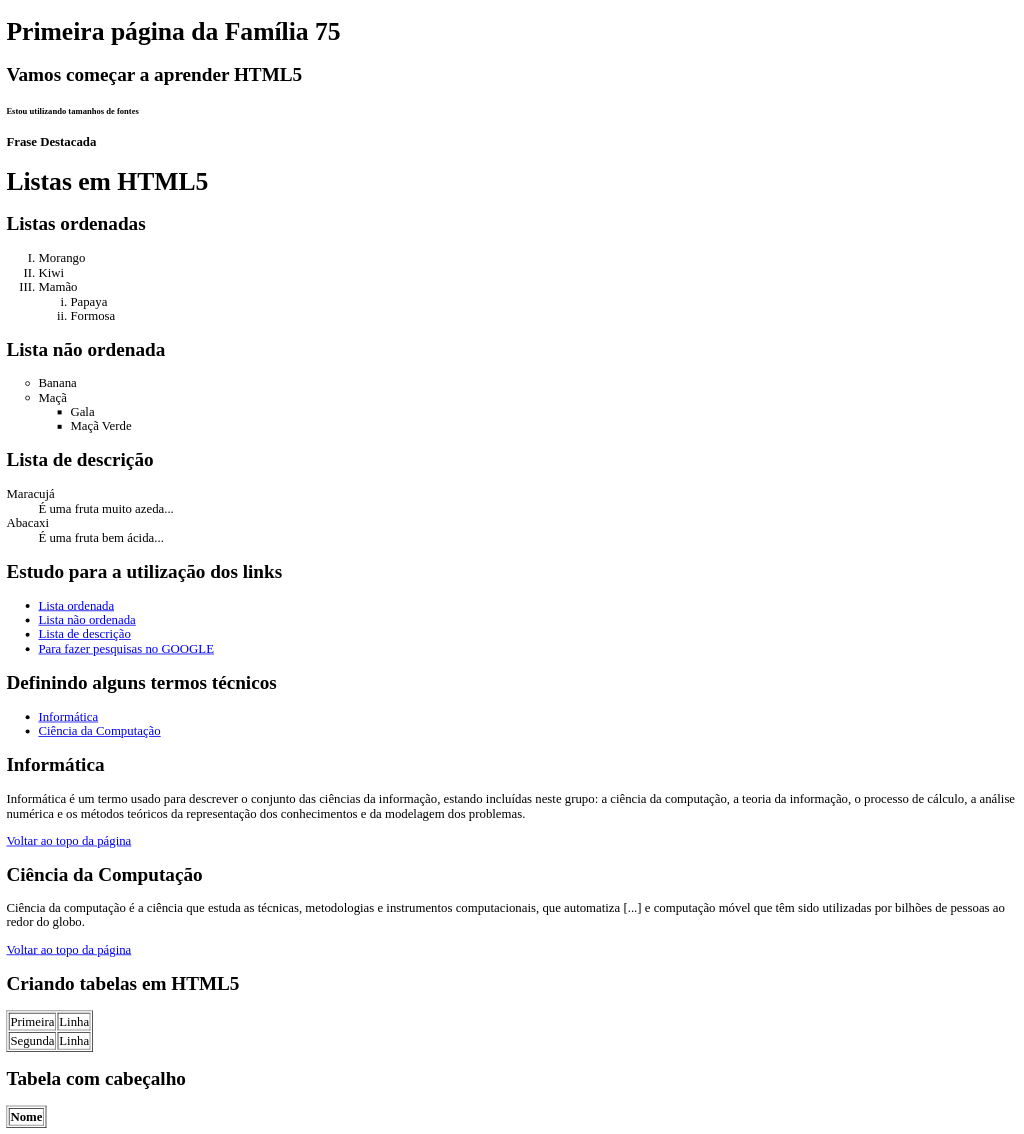
Repository: Thichi99/BootcampGen75
Page: Familia75/index.html
The author's editor kept a copy of each file at every save. The page is drawn from the files as they stood at one save, then again after a run of saves.
The browser window is 1280 px wide. The pictures show the whole page, at 80% of full size.

Above is the page before, as saved 2024-07-26 11:40:05.

### Familia75/index.html
<!DOCTYPE html> <!--Estou indicando que é um documento do tipo HTML-->
<html lang="pt-br">
<head>
    <meta charset="UTF-8">
    <meta name="viewport" content="width=device-width, initial-scale=1.0">
    <meta name="author" content="Luís Guerreiro">
    <meta name="description" content="Minha primeira pagina Web -- Olá Mundo!!!">
    <meta name="keywords" content="Pobreza,erradicação,familia">
    <title>Família 75</title>
</head>
<body>
   <h1>Primeira página da Família 75</h1>
   <h2>Vamos começar a aprender HTML5</h2>
   <h6>Estou utilizando tamanhos de fontes</h6>
   <strong>Frase Destacada</strong>
   <h1>Listas em HTML5</h1>
   <h2>Listas ordenadas</h2>
   <ol type="I">
        <li>Morango</li>
        <li>Kiwi</li>
        <li>Mamão
            <ol type="i">
                <li>Papaya</li>
                <li>Formosa</li>
            </ol>
        </li>
   </ol>
   <h2>Lista não ordenada</h2>
   <ul type="circle">
        <li>Banana</li>
        <li>Maçã
            <ul type="square">
                <li>Gala</li>
                <li>Maçã Verde</li>
            </ul>
        </li>
   </ul>
   <h2>Lista de descrição</h2>
   <dl>
        <dt>Maracujá</dt>
        <dd>É uma fruta muito azeda...</dd>
        <dt>Abacaxi</dt>
        <dd>É uma fruta bem ácida...</dd>
   </dl>

   <h2>Estudo para a utilização dos links</h2>
   <ul>
    <li><a href=".\ordenada.html">Lista ordenada</a></li>
    <li><a href=".\naoOrdenada.html">Lista não ordenada</a></li>
    <li><a href=".\listadescricao.html">Lista de descrição</a></li>
    <li><a href="http://google.com" target="_blank">Para fazer pesquisas no GOOGLE</a></li>

   </ul>

   <h2>Definindo alguns termos técnicos</h2>
   <ul>
    <li><a href="#Info1">Informática</a></li>
    <li><a href="#Computação">Ciência da Computação</a></li>
   </ul>
   <a name="Info1" title="Descrição de informática">
    <h2>Informática</h2>
   </a>
   <p>
    Informática é um termo usado para descrever o conjunto das ciências da informação,
estando incluídas neste grupo: a ciência da computação, a teoria da informação, o
processo de cálculo, a análise numérica e os métodos teóricos da representação dos
conhecimentos e da modelagem dos problemas.
   </p>
   <p><a href="#">Voltar ao topo da página</a></p>

   <a name="Computação" title="Ciência da Computação">
    <h2>Ciência da Computação</h2>
   </a>
   <p>
    Ciência da computação é a ciência que estuda as técnicas, metodologias e instrumentos
computacionais, que automatiza [...] e computação móvel que têm sido utilizadas por bilhões de
pessoas ao redor do globo.
   </p>
   <p><a href="#">Voltar ao topo da página</a></p>

   <h2>Criando tabelas em HTML5</h2>
   <table border="1" cellpading="10">
    <tr>
        <td>Primeira</td>
        <td>Linha</td>
    </tr>
    <tr>
        <td>Segunda</td>
        <td>Linha</td>
    </tr>
   </table>

   <h2>Tabela com cabeçalho</h2>
   <table border="1">
    <tr>
        <th>Nome</th>
    </tr>
   </table>
</body>
</html>

After the next 2 saves:
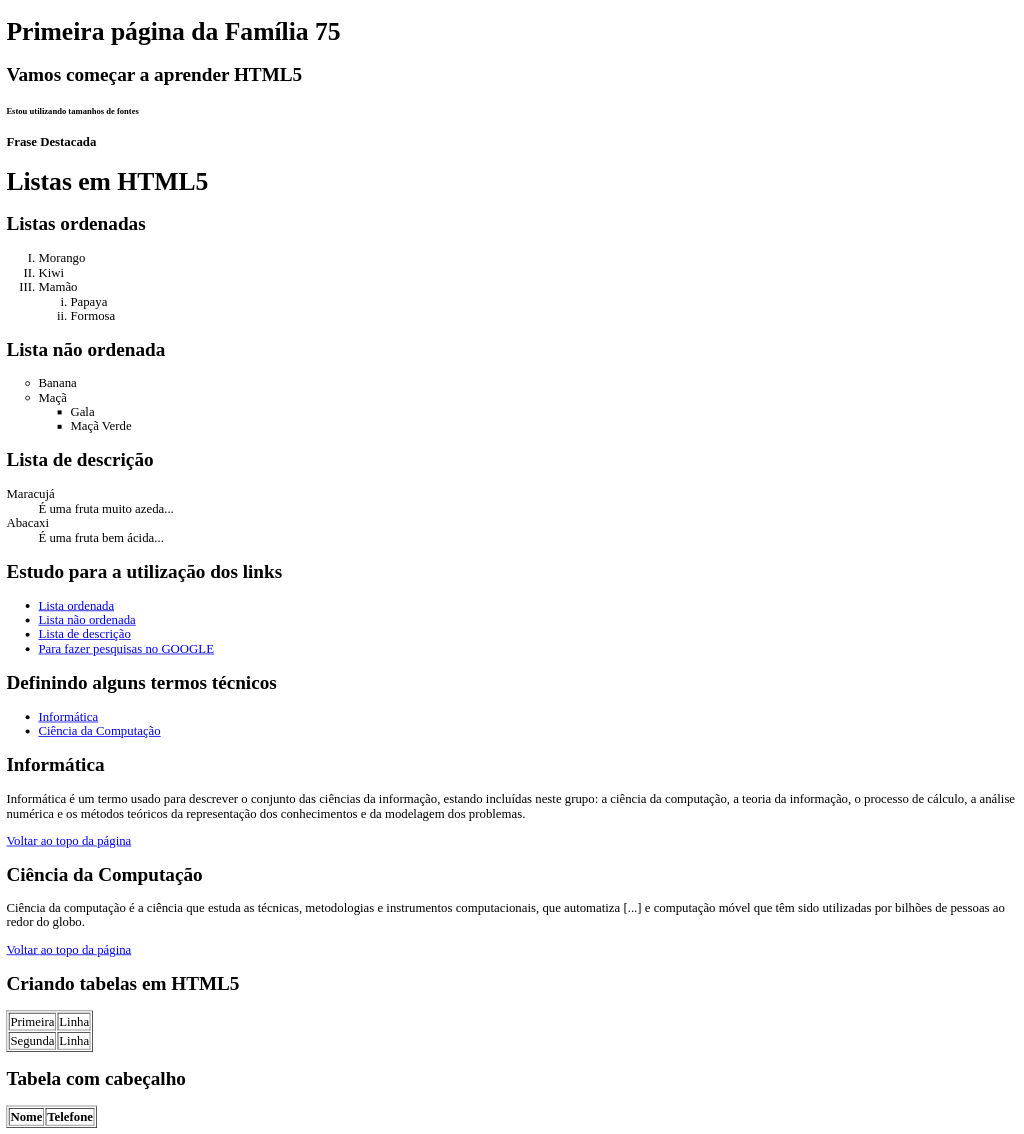
The 2 saves are shown as one change because they came seconds apart.
The last was saved 7 s later.
--- a/Familia75/index.html
+++ b/Familia75/index.html
@@ -94,6 +94,7 @@
    <table border="1">
     <tr>
         <th>Nome</th>
+        <th>Telefone</th>
     </tr>
    </table>
 </body>
